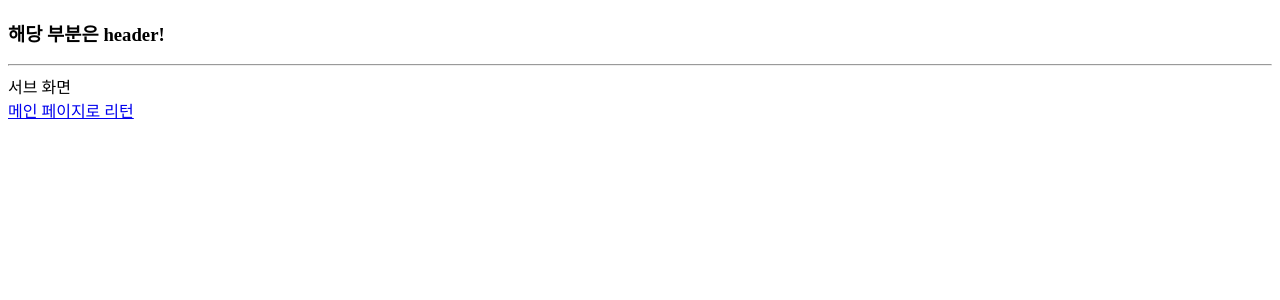
Repository: itrecipe/Web_ez
Page: http://localhost/jspCh04/10_sub.jsp
The author's editor kept a copy of each file at every save. The page is drawn from the files as they stood at one save, then again after the next save.
The browser window is 1280 px wide. The pictures show the whole page.
The page is served by Tomcat 9.

Above is the page before, as saved 2023-03-31 00:45:21.

### jspCh04/src/main/webapp/10_sub.jsp
<%@ page language="java" contentType="text/html; charset=UTF-8"
    pageEncoding="UTF-8"%>
<!DOCTYPE html>
<html>
<head>
<meta charset="UTF-8">
<title>sub</title>
</head>
<body>

<jsp:include page="10_header.jsp"/>
서브 화면<br/>
<a href="10_main.jsp">메인 페이지로 리턴</a>

</body>
</html>

### jspCh04/src/main/webapp/10_header.jsp
<%@ page language="java" contentType="text/html; charset=UTF-8"
    pageEncoding="UTF-8"%>
<!DOCTYPE html>
<html>
<head>
<meta charset="UTF-8">
<title>header</title>
</head>
<body>

<h3>해당 부분은 header!</h3>
<hr>

</body>
</html>

### jspCh04/src/main/webapp/10_footer.jsp
<%@ page language="java" contentType="text/html; charset=UTF-8"
    pageEncoding="UTF-8"%>
<!DOCTYPE html>
<html>
<head>
<meta charset="UTF-8">
<title>footer</title>
</head>
<body>

<h4>이 부분은 footer!</h4>
<hr>

</body>
</html>

After the next save:
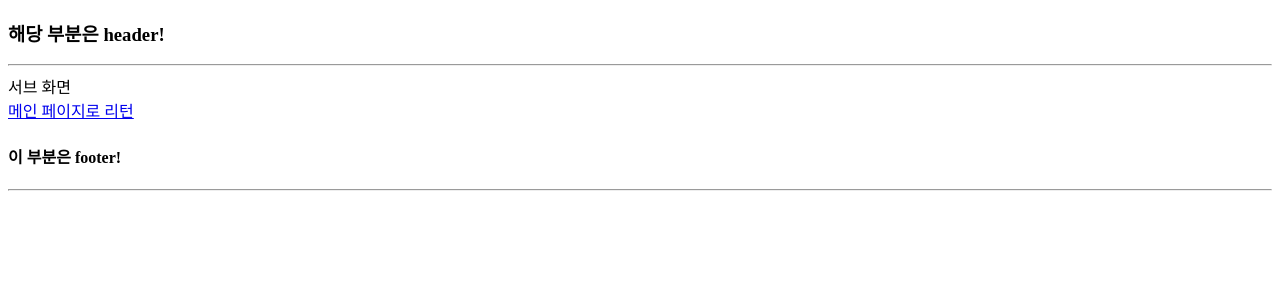
Saved 11 s later.
--- a/jspCh04/src/main/webapp/10_sub.jsp
+++ b/jspCh04/src/main/webapp/10_sub.jsp
@@ -11,6 +11,7 @@
 <jsp:include page="10_header.jsp"/>
 서브 화면<br/>
 <a href="10_main.jsp">메인 페이지로 리턴</a>
+<jsp:include page="10_footer.jsp"></jsp:include>
 
 </body>
 </html>
